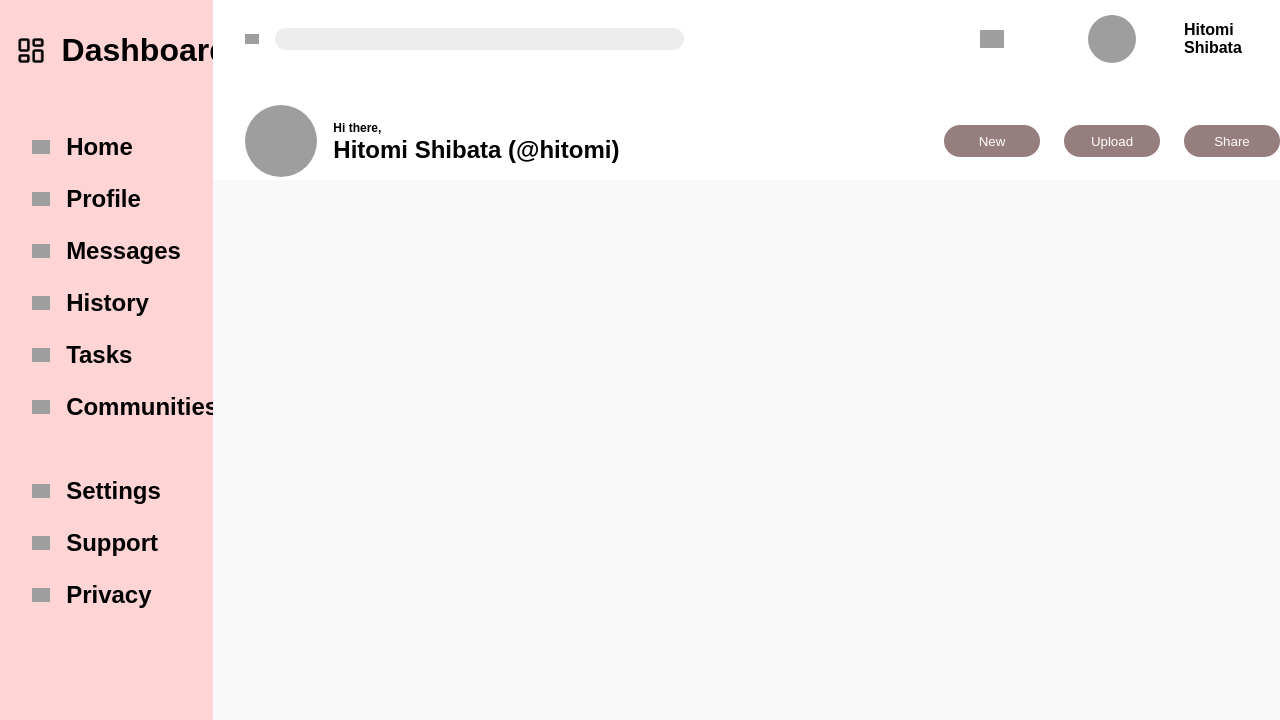
Repository: yeetzpxoci/dashboard
Page: index.html
These files come from the project's save history. The page is drawn as it stood at one moment and after the next save; the edit follows.
The browser window is 1280 px wide. The pictures show the whole page.
Pictures or frames that could not be fetched are drawn as grey boxes.

Above is the page before, as saved 2023-02-18 13:38:25.

After the next save:
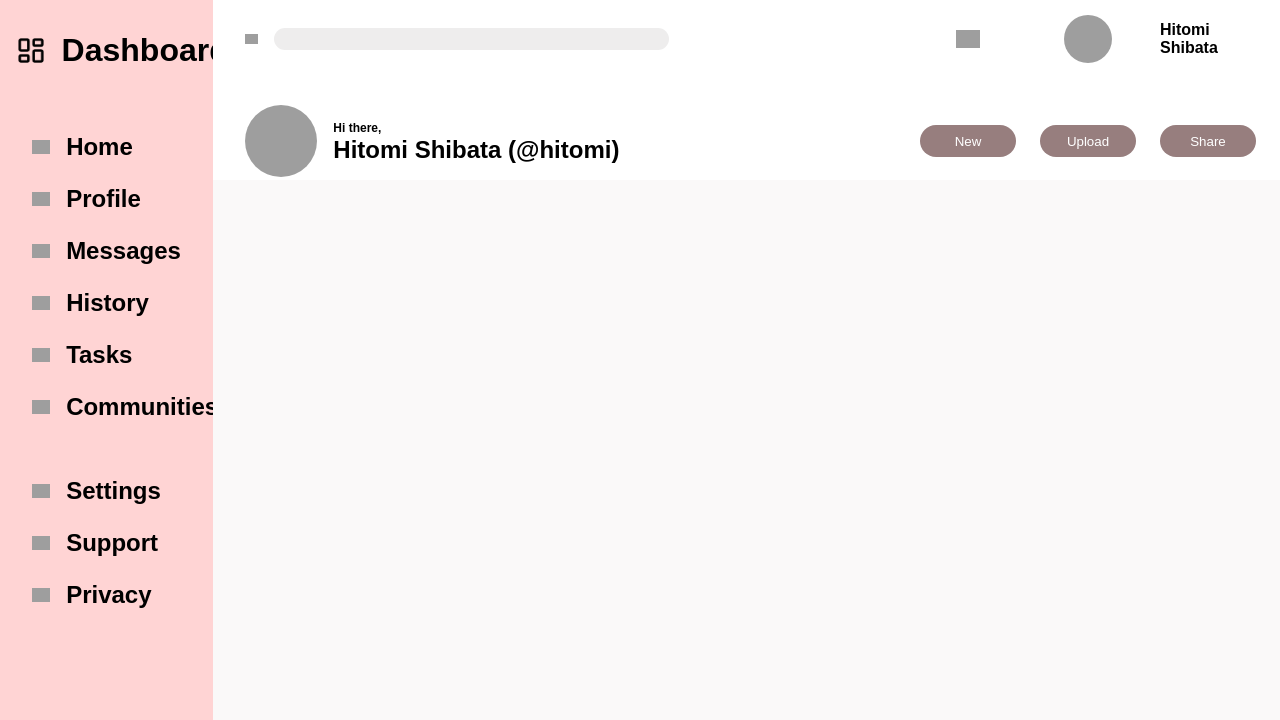
Saved 17 s later.
--- a/styles.css
+++ b/styles.css
@@ -68,6 +68,7 @@ body {
     grid-template-columns: 13fr 1fr 1fr 1fr;
     grid-template-rows: 1fr 1fr;
     gap: 24px;
+    padding-right: 24px;
 }
 
 .search {
